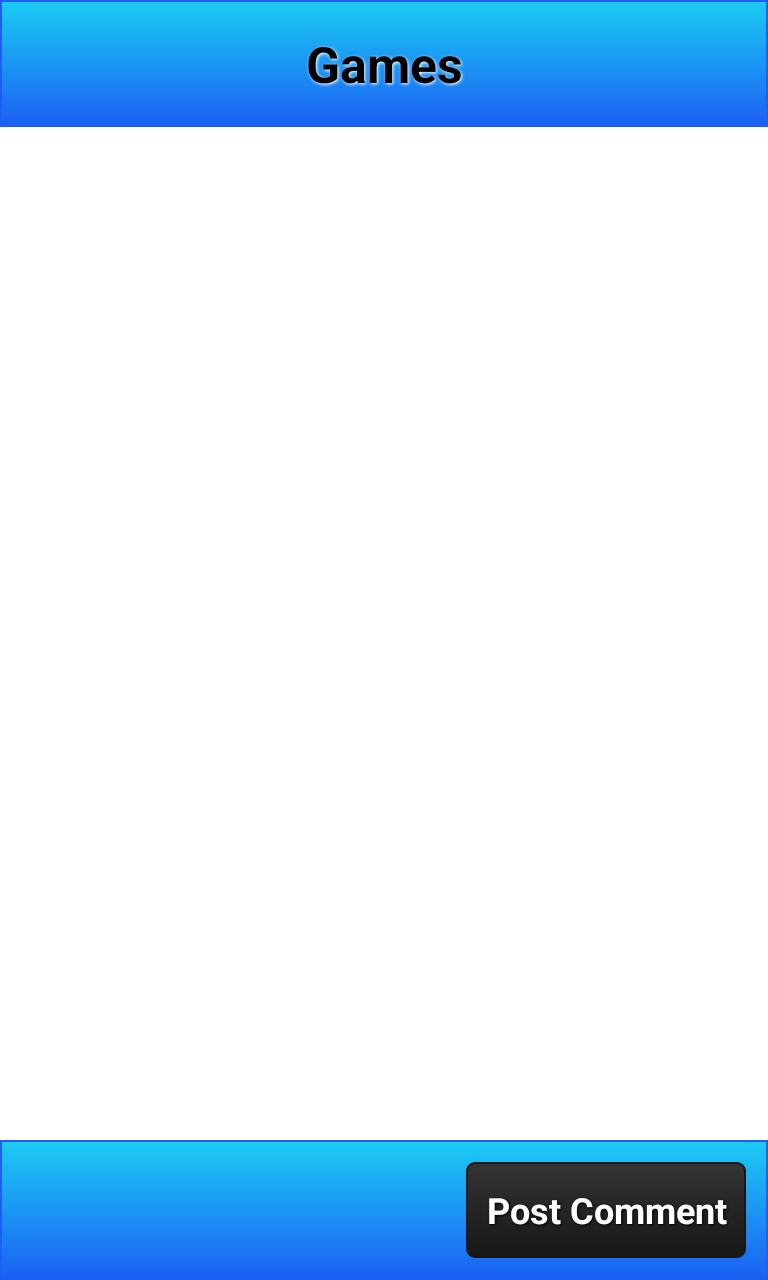
Repository: yuanpeixin/Project
Layout: GameForum/res/layout/game_list.xml
These files come from the project's save history. The layout is drawn as it stood at one moment and after the next save; the edit follows.
It is drawn on a 768 x 1280 px phone screen (xhdpi) without system bars, with theme AppTheme; the app's code is not run. Lists and similar views that code fills are empty.

Above is the layout before, as saved 2015-10-06 02:59:20.

### GameForum/res/layout/game_list.xml
<?xml version="1.0" encoding="utf-8"?>
<RelativeLayout xmlns:android="http://schemas.android.com/apk/res/android"
    android:layout_width="match_parent"
    android:layout_height="match_parent"
    android:background="#fff" >

    <LinearLayout
        android:id="@+id/gl_top_layover"
        android:layout_width="fill_parent"
        android:layout_height="wrap_content"
        android:layout_alignParentLeft="true"
        android:layout_alignParentTop="true"
        android:background="@drawable/blue_gradient"
        android:orientation="horizontal" >

        <TextView
            style="@style/BlackText"
            android:layout_height="wrap_content"
            android:layout_gravity="center"
            android:gravity="center"
            android:text="Games"
            android:textAppearance="?android:attr/textAppearanceLarge" />
    </LinearLayout>

    <ListView
        android:id="@android:id/list"
        android:layout_width="fill_parent"
        android:layout_height="wrap_content"
        android:layout_above="@+id/gl_bottom_layover"
        android:layout_below="@+id/gl_top_layover"
        android:background="#fff"
        android:divider="@android:color/transparent"
        android:scrollbars="none" />

    <LinearLayout
        android:id="@+id/gl_bottom_layover"
        android:layout_width="fill_parent"
        android:layout_height="wrap_content"
        android:layout_alignParentBottom="true"
        android:layout_alignParentLeft="true"
        android:background="@drawable/blue_gradient"
        android:orientation="horizontal"
        android:weightSum="2" >

        <LinearLayout
            android:layout_width="0dp"
            android:layout_height="wrap_content"
            android:layout_weight="1"
            android:orientation="vertical" >
        </LinearLayout>

        <LinearLayout
            android:layout_width="0dp"
            android:layout_height="wrap_content"
            android:layout_weight="1"
            android:orientation="vertical" >

            <Button
                android:id="@+id/gl_setting"
                style="@style/WhiteText"
                android:layout_width="wrap_content"
                android:layout_height="wrap_content"
                android:layout_gravity="right"
                android:background="@drawable/black_button"
                android:onClick="addComment"
                android:text="@string/post_comment" />
        </LinearLayout>
    </LinearLayout>

</RelativeLayout>

### GameForum/res/values/styles.xml
<resources>

    <!--
        Base application theme, dependent on API level. This theme is replaced
        by AppBaseTheme from res/values-vXX/styles.xml on newer devices.

    -->
    <style name="AppBaseTheme" parent="android:Theme.Light">
        <!--
            Theme customizations available in newer API levels can go in
            res/values-vXX/styles.xml, while customizations related to
            backward-compatibility can go here.

        -->
    </style>

    <!-- Application theme. -->
    <style name="AppTheme" parent="AppBaseTheme">
        <!-- All customizations that are NOT specific to a particular API-level can go here. -->
    </style>

    <style name="WhiteText">
        <item name="android:layout_width">fill_parent</item>
        <item name="android:layout_height">wrap_content</item>
        <item name="android:textColor">#ffffff</item>
        <item name="android:gravity">center</item>
        <item name="android:layout_margin">1dp</item>
        <item name="android:textSize">18sp</item>
        <item name="android:textStyle">bold</item>
        <item name="android:shadowColor">#000000</item>
        <item name="android:shadowDx">1</item>
        <item name="android:shadowDy">1</item>
        <item name="android:shadowRadius">2</item>
    </style>

    <style name="BlackText">
        <item name="android:layout_width">fill_parent</item>
        <item name="android:layout_height">wrap_content</item>
        <item name="android:textColor">#000000</item>
        <item name="android:gravity">center</item>
        <item name="android:layout_margin">5dp</item>
        <item name="android:textSize">25sp</item>
        <item name="android:textStyle">bold</item>
        <item name="android:shadowColor">#ffffff</item>
        <item name="android:shadowDx">1</item>
        <item name="android:shadowDy">1</item>
        <item name="android:shadowRadius">2</item>
    </style>

    <style name="captionOnly">
        <item name="android:background">@null</item>
        <item name="android:clickable">false</item>
        <item name="android:focusable">false</item>
        <item name="android:minHeight">0dp</item>
        <item name="android:minWidth">0dp</item>
    </style>

</resources>

### GameForum/res/drawable-hdpi/blue_gradient.xml
<?xml version="1.0" encoding="utf-8"?>
<selector xmlns:android="http://schemas.android.com/apk/res/android">

    <item android:state_pressed="true"><shape>
            <solid android:color="#1bccf3" />

            <stroke android:width="1dp" android:color="#1b60f3" />

            <padding android:bottom="10dp" android:left="10dp" android:right="10dp" android:top="10dp" />
        </shape></item>
    <item><shape>
            <gradient android:angle="270" android:endColor="#1b60f3" android:startColor="#1bccf3" />

            <stroke android:width="1dp" android:color="#1b60f3" />

            <padding android:bottom="10dp" android:left="10dp" android:right="10dp" android:top="10dp" />
        </shape></item>

</selector>

### GameForum/res/drawable-hdpi/black_button.xml
<?xml version="1.0" encoding="utf-8"?>
<selector xmlns:android="http://schemas.android.com/apk/res/android">

    <item android:state_pressed="true"><shape>
            <solid android:color="#343434" />

            <stroke android:width="1dp" android:color="#171717" />

            <corners android:radius="3dp" />

            <padding android:bottom="10dp" android:left="10dp" android:right="10dp" android:top="10dp" />
        </shape></item>
    <item><shape>
            <gradient android:angle="270" android:endColor="#171717" android:startColor="#343434" />

            <stroke android:width="1dp" android:color="#171717" />

            <corners android:radius="4dp" />

            <padding android:bottom="10dp" android:left="10dp" android:right="10dp" android:top="10dp" />
        </shape></item>

</selector>

### GameForum/res/values/strings.xml
<resources>

    <string name="app_name">GameForum</string>
    <string name="username_textview">Username:</string>
    <string name="password_textview">Password:</string>
    <string name="submit">Submit</string>

    <!-- string ids for home.xml -->
    <string name="post_comment">Post Comment</string>
    <string name="read_comments_title">Recent Comments</string>
    <string name="passwords_not_same">Passwords don\'t match</string>
	<string name="banner_ad_unit_id">ca-app-pub-3673983865885023/6245257391</string>
</resources>

Loaded but not shown: GameForum/res/values-v11/styles.xml (common file); GameForum/res/values-v14/styles.xml (common file)

After the next save:
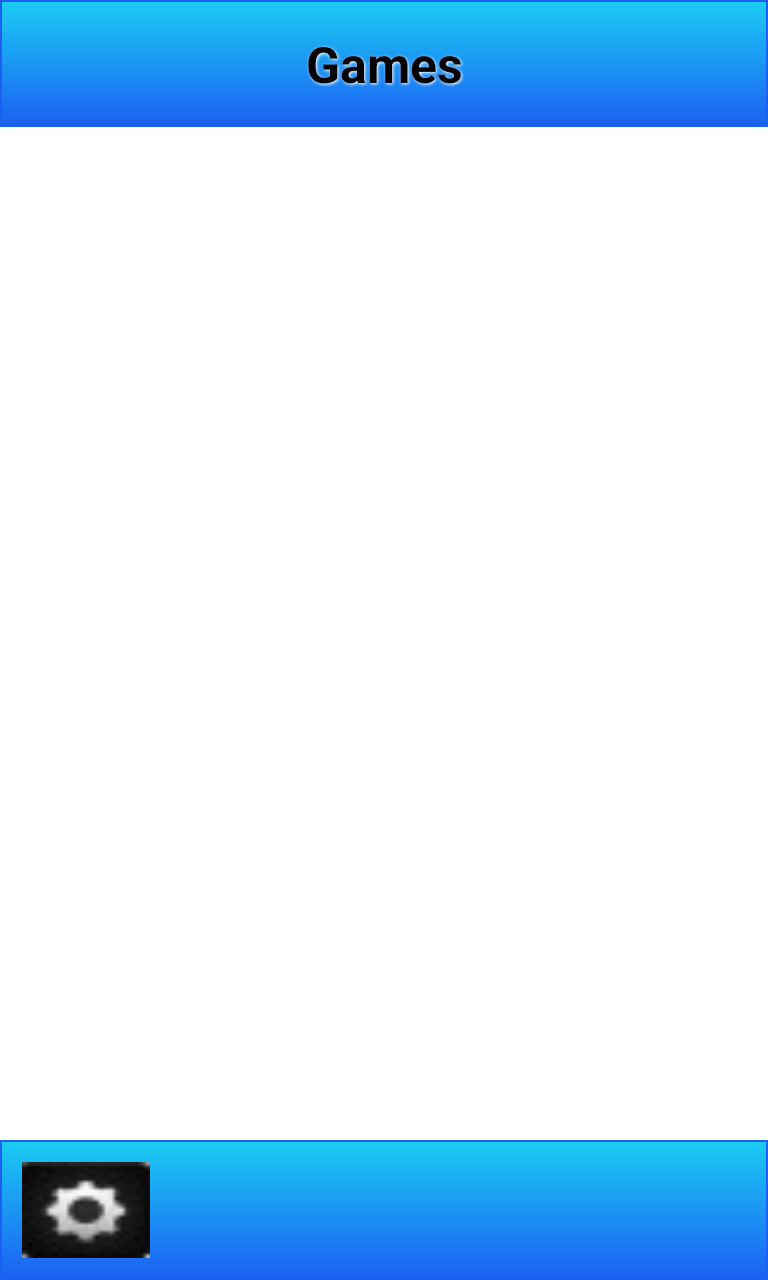
Saved 14 min 27 s later.
--- a/GameForum/res/layout/game_list.xml
+++ b/GameForum/res/layout/game_list.xml
@@ -47,6 +47,16 @@
             android:layout_height="wrap_content"
             android:layout_weight="1"
             android:orientation="vertical" >
+
+            <Button
+                android:id="@+id/gl_setting"
+                style="@style/WhiteText"
+                android:layout_width="wrap_content"
+                android:layout_height="wrap_content"
+                android:layout_gravity="left"
+                android:background="@drawable/setting"
+                />
+
         </LinearLayout>
 
         <LinearLayout
@@ -55,15 +65,7 @@
             android:layout_weight="1"
             android:orientation="vertical" >
 
-            <Button
-                android:id="@+id/gl_setting"
-                style="@style/WhiteText"
-                android:layout_width="wrap_content"
-                android:layout_height="wrap_content"
-                android:layout_gravity="right"
-                android:background="@drawable/black_button"
-                android:onClick="addComment"
-                android:text="@string/post_comment" />
+
         </LinearLayout>
     </LinearLayout>
 
